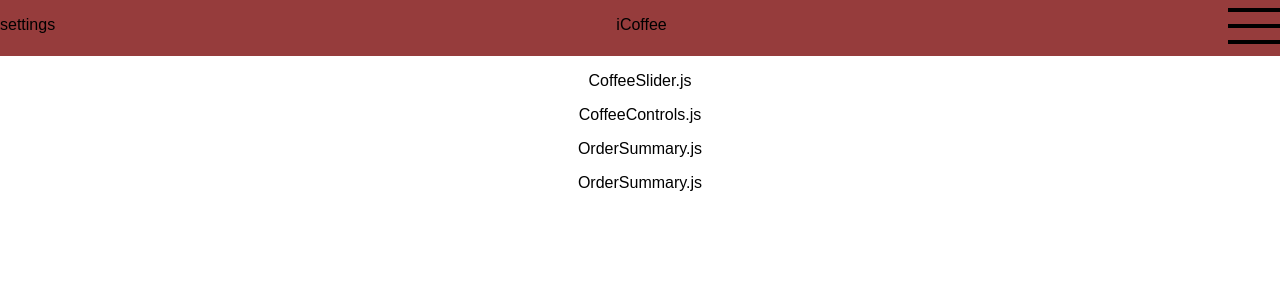
Repository: BG-Guy/CoffeeBuilder
Page: /
These files come from the project's save history. The page is drawn as it stood at one moment and after the next save; the edit follows.
The browser window is 1280 px wide. The pictures show the whole page.
The project was rebuilt for these pictures with package versions that can differ from the ones it lists, and the page was loaded fresh each time.

Above is the page before, as saved 2020-08-15 12:12:28.

After the next save:
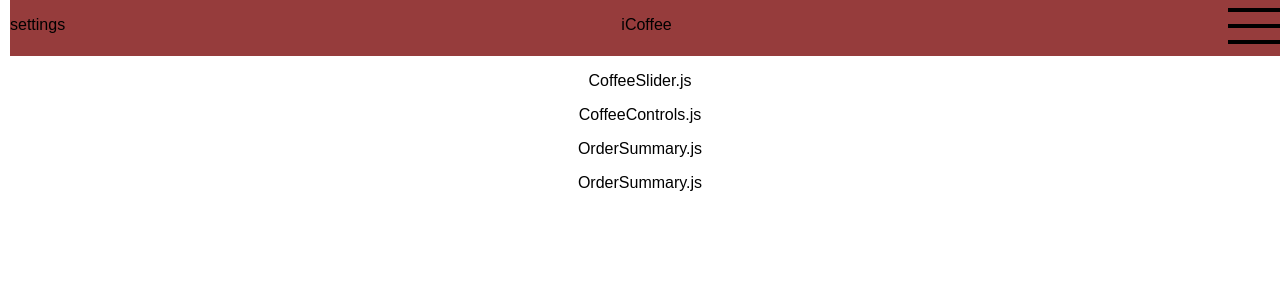
Saved 11 s later.
--- a/src/Components/Navigation/Navigation.css
+++ b/src/Components/Navigation/Navigation.css
@@ -1,6 +1,6 @@
 .Navigation {
     display: flex;
     justify-content: space-between;
-    margin: 0px;
+    margin-left: 10px;
     background-color: #963c3c;
 }

After the save that followed:
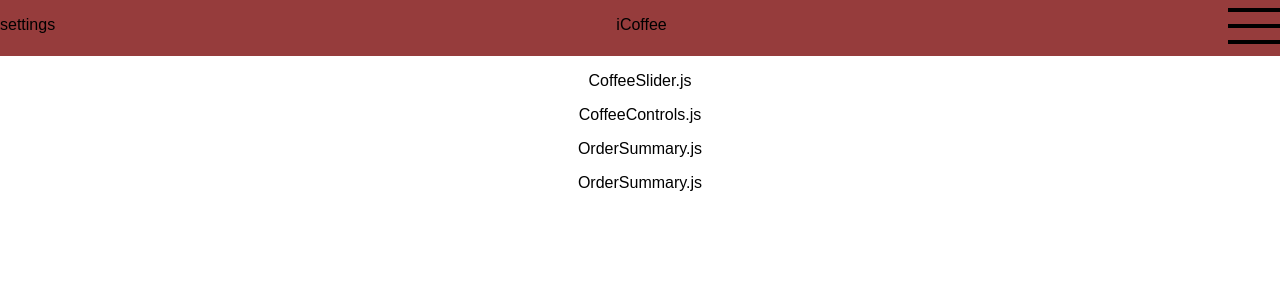
Saved 8 s later.
--- a/src/Components/Navigation/Navigation.css
+++ b/src/Components/Navigation/Navigation.css
@@ -1,6 +1,6 @@
 .Navigation {
     display: flex;
     justify-content: space-between;
-    margin-left: 10px;
+    margin: 0px;
     background-color: #963c3c;
 }
